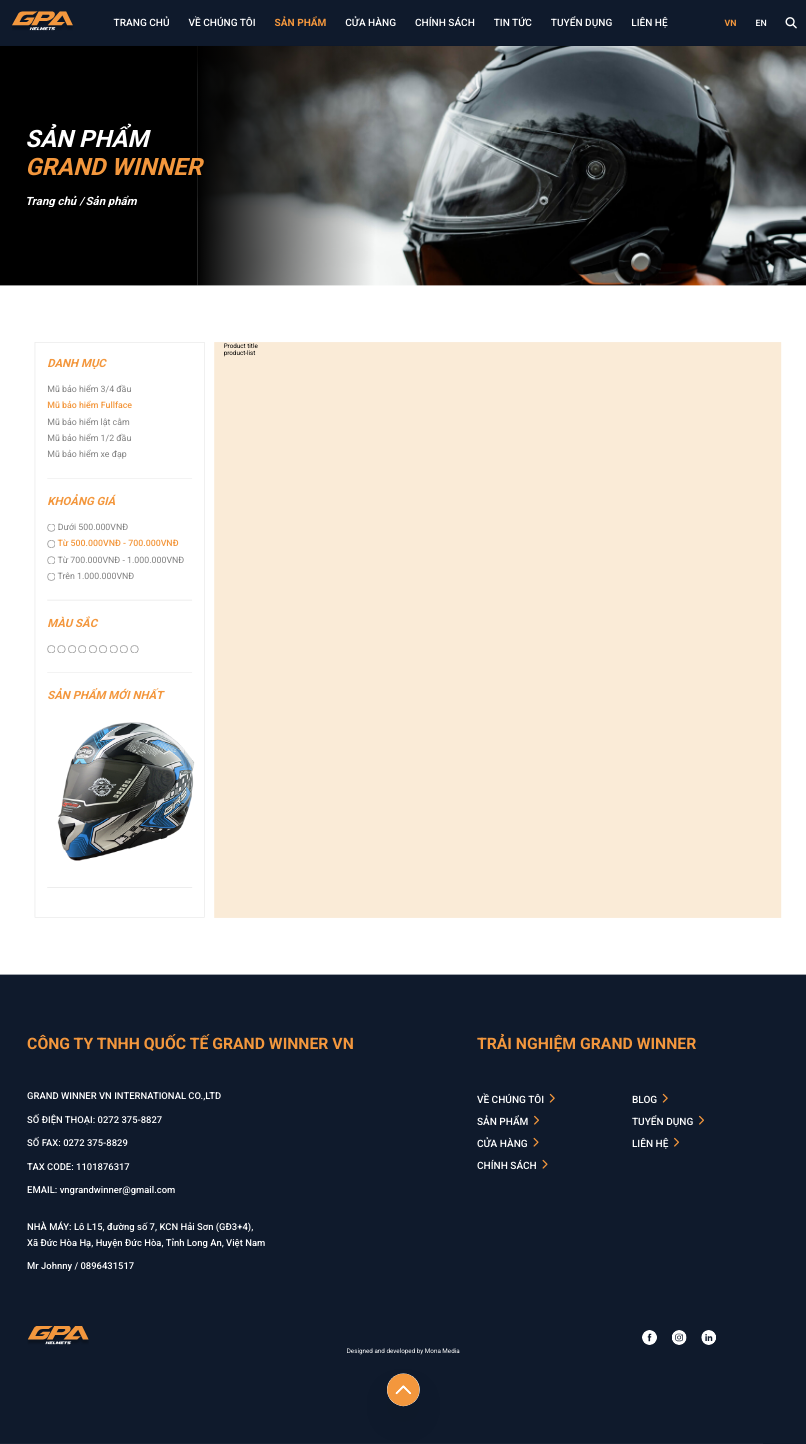
Repository: ThangNguyenT5/GrandWinner
Page: products.html
The author's editor kept a copy of each file at every save. The page is drawn from the files as they stood at one save, then again after the next save.
The browser window is 1280 px wide. The pictures show the whole page, at 63% of full size.
Pictures or frames that could not be fetched are drawn as grey boxes. Some web libraries are served in a nearby version.

Above is the page before, as saved 2023-03-28 11:53:30.

### products.html
<!DOCTYPE html>
<html lang="en">
<head>
    <meta charset="UTF-8">
    <meta http-equiv="X-UA-Compatible" content="IE=edge">
    <meta name="viewport" content="width=device-width, initial-scale=1.0">
    <title>Cửa Hàng - GRAND WINNER</title>
    <link rel="icon" href="./assets/images/GPA-logo-small.svg">
    <link rel="stylesheet" href="./assets/css/base.css">
    <link rel="stylesheet" href="./assets/css/styles.css">
    <link rel="stylesheet" href="./assets/css/grid.css">
    <link rel="stylesheet" href="./assets/css/responsive.css">
    <link rel="stylesheet" href="https://cdnjs.cloudflare.com/ajax/libs/font-awesome/6.3.0/css/all.min.css" integrity="sha512-SzlrxWUlpfuzQ+pcUCosxcglQRNAq/DZjVsC0lE40xsADsfeQoEypE+enwcOiGjk/bSuGGKHEyjSoQ1zVisanQ==" crossorigin="anonymous" referrerpolicy="no-referrer" />
    <link href="https://fonts.googleapis.com/css2?family=Roboto:wght@300;400;500;700;900&display=swap" rel="stylesheet">
    <link href="https://unpkg.com/aos@2.3.1/dist/aos.css" rel="stylesheet">
</head>
<body>
    <!-- HEADER -->
    <header class="hd">
        <div class="hd-ctn">
            <div class="hd-logo">
                <a href="#" class="custom-logo-link">
                    <img src="./assets/images/GPA-logo-small.svg" alt="GRAND WINNER" class="custom-logo">
                </a>
            </div>
            <div class="hd-menu hdMenu">
                <div class="hd-menu-close">
                    <!-- <i class="fa-solid fa-bars"></i> -->
                    <i class="fa-solid fa-xmark"></i>
                </div>
                <div class="menu">
                    <ul class="menu-list">
                        <li class="menu-item">
                            <a href="#" class="menu-item-link">Trang chủ</a>
                        </li>
                        <li class="menu-item">
                            <a href="#" class="menu-item-link">Về chúng tôi</a>
                        </li>
                        <li class="menu-item">
                            <a href="./products.html" class="menu-item-link current-menu-item">Sản phẩm</a>
                        </li>
                        <li class="menu-item">
                            <a href="./index.html" class="menu-item-link">Cửa hàng</a>
                        </li>
                        <li class="menu-item">
                            <a href="./policy.html" class="menu-item-link">Chính sách</a>
                        </li>
                        <li class="menu-item">
                            <a href="#" class="menu-item-link">Tin tức</a>
                        </li>
                        <li class="menu-item">
                            <a href="#" class="menu-item-link">Tuyển dụng</a>
                        </li>
                        <li class="menu-item">
                            <a href="#" class="menu-item-link">Liên hệ</a>
                        </li>
                    </ul>
                </div>
                <div class="hd-menu-social">
                    <ul class="hd-social-list">
                        <li class="hd-social-item">
                            <a href="#">
                                <img src="./assets/images/./icon/fixed-menu-icon-facebook.svg" alt="facebook-icon">
                            </a>
                        </li>
                        <li class="hd-social-item">
                            <a href="#">
                                <img src="./assets/images/icon/fixed-menu-icon-instagram.svg" alt="instagram-icon">
                            </a>
                        </li>
                        <li class="hd-social-item">
                            <a href="#">
                                <img src="./assets/images/icon/fixed-menu-icon-linkedin.svg" alt="linkedin-icon">
                            </a>
                        </li>
                        <li class="hd-social-item">
                            <a href="#">
                                <img src="./assets/images/icon/fixed-menu-icon-telephone.svg" alt="telephone-icon">
                            </a>
                        </li>
                    </ul>
                </div>
            </div>
            <!-- < 1200px -->
            <div class="bg-page"></div>

            <div class="hd-controls">
                <div class="hd-lang">
                <ul class="hd-lang-list">
                    <li class="hd-lang-item">
                        <a class="lang-item-link current-lang-item" href="#">vn</a>
                    </li>
                    <li class="hd-lang-item">
                        <a class="lang-item-link" href="#">en</a>
                    </li>
                </ul>
                </div>
                <div class="hd-search">
                    <i class="hd-search-icon fa-solid fa-magnifying-glass"></i>
                    <div class="hd-search-form">
                        <form>
                            <div class="form-ctn">
                                <input type="text" placeholder="Tìm Kiếm...">
                                <input type="submit" value="">
                            </div>
                        </form>
                    </div>
                </div>
                <div class="hd-bar">
                    <i class="fa-solid fa-bars"></i>
                </div>
            </div>
        </div>
    </header>

    <main>
        <div class="banner-page">
            <div class="banner-page-img">
                <img src="./assets/images/banner/banner-sanpham.jpg" alt="banner-cuahang">
            </div>
            <div class="banner-page-content">
                <div class="container">
                    <div class="content">
                        <div class="banner-page-tt" data-aos="fade-left">
                            <h2>
                                Sản phẩm
                                <br>
                                <span class="h1">GRAND WINNER</span>
                            </h2>
                        </div>
                            <div class="breadcrumb" data-aos="fade-right">
                            <ul class="breadcrumb-list">
                                <li class="breadcrumb-item">
                                    <a href="#">Trang chủ</a>
                                </li>
                                <li class="breadcrumb-item">
                                    <a href="#">Sản phẩm</a>
                                </li>
                            </ul>
                        </div>
                    </div>
                </div>
            </div>
        </div>
        <div class="products-page">
            <div class="container">
                <div class="dflex">
                    <div class="col col-3">
                        <div class="aside">
                            <div class="aside-item">
                                <h3 class="aside-item-tt">DANH MỤC</h3>
                                <ul class="aside-cate-list">
                                    <li class="aside-cate-item">
                                        <a href="#">Mũ bảo hiểm 3/4 đầu</a>
                                    </li>
                                    <li class="aside-cate-item active">
                                        <a href="#">Mũ bảo hiểm Fullface</a>
                                    </li>
                                    <li class="aside-cate-item">
                                        <a href="#">Mũ bảo hiểm lật cằm</a>
                                    </li>
                                    <li class="aside-cate-item">
                                        <a href="#">Mũ bảo hiểm 1/2 đầu</a>
                                    </li>
                                    <li class="aside-cate-item">
                                        <a href="#">Mũ bảo hiểm xe đạp</a>
                                    </li>
                                </ul>
                            </div>
                            <div class="aside-item">
                                <h3 class="aside-item-tt">KHOẢNG GIÁ</h3>
                                <ul class="aside-cate-list">
                                    <li class="aside-cate-item">
                                        <input type="radio" name="radio-price" value="price-1" >
                                        <label for="price-1">Dưới 500.000VNĐ</label>
                                    </li>
                                    <li class="aside-cate-item active">
                                        <input type="radio" name="radio-price" value="price-2" >
                                        <label for="price-2">Từ 500.000VNĐ - 700.000VNĐ</label>
                                    </li>
                                    <li class="aside-cate-item">
                                        <input type="radio" name="radio-price" value="price-3" >
                                        <label for="price-3">Từ 700.000VNĐ - 1.000.000VNĐ</label>
                                    </li>
                                    <li class="aside-cate-item">
                                        <input type="radio" name="radio-price" value="price-4" >
                                        <label for="price-4">Trên 1.000.000VNĐ</label>
                                    </li>
                                </ul>
                            </div>
                            <div class="aside-item">
                                <h3 class="aside-item-tt">MÀU SẮC</h3>
                                <ul class="aside-cate-list">
                                    <li class="aside-cate-item">
                                        <label for="color-1">
                                            <input type="radio" name="radio-color" value="color-1" >
                                            <input type="radio" name="radio-color" value="color-1" >
                                            <input type="radio" name="radio-color" value="color-1" >
                                            <input type="radio" name="radio-color" value="color-1" >
                                            <input type="radio" name="radio-color" value="color-1" >
                                            <input type="radio" name="radio-color" value="color-1" >
                                            <input type="radio" name="radio-color" value="color-1" >
                                            <input type="radio" name="radio-color" value="color-1" >
                                            <input type="radio" name="radio-color" value="color-1" >

                                        </label>
                                    </li>
                                </ul>
                            </div>
                            <div class="aside-item">
                                <h3 class="aside-item-tt">SẢN PHẨM MỚI NHẤT</h3>
                                <div class="aside-relate">
                                    <a href="#" class="aside-relate-item">
                                        <div class="relate-item-img">
                                            <img src="./assets/images/products/product-1.png" alt="">
                                        </div>
                                        <div class="relate-item-ctn">
                                            <p class="name"></p>
                                            <p class="desc"></p>
                                            <p class="price"></p>
                                        </div>
                                    </a>
                                </div>
                            </div>
                        </div>
                    </div>
                    <div class="product-table col col-9">
                        <div class="product-tt">
                            <p>Product title</p>
                        </div>
                        <div class="product-list">
                            <p>product-list</p>
                        </div>

                    </div>
                </div>
            </div>
        </div>
    </main>

    <!-- FOOTER -->
    <footer class="ft">
        <div class="container">
            <div class="ft-top">
                <div class="ft-ctn">
                    <div class="col col-7">
                        <div class="ft-tt">
                            CÔNG TY TNHH QUỐC TẾ GRAND WINNER VN
                        </div>
                        <div class="ft-desc">
                            <p>
                                <span class="ft-label">
                                    GRAND WINNER VN INTERNATIONAL CO.,LTD
                                </span>
                            </p>
                            <p>
                                <span class="ft-label">
                                    SỐ ĐIỆN THOẠI:
                                </span>
                                <span class="ft-dt">
                                    <a href="tel:0272375-8827">0272 375-8827</a>
                                </span>
                            </p>
                            <p>
                                <span class="ft-label">
                                    SỐ FAX:
                                </span>
                                <span class="ft-dt">
                                    0272 375-8829
                                </span>
                            </p>
                            <p>
                                <span class="ft-label">
                                    TAX CODE:
                                </span>
                                <span class="ft-dt">
                                    <a href="tel:1101876317" class="dt">1101876317</a>
                                </span>
                            </p>
                            <p>
                                <span class="ft-label">
                                    EMAIL:
                                </span>
                                <span class="ft-dt">
                                    <a href="mailto:vngrandwinner@gmail.com" class="dt">vngrandwinner@gmail.com</a>
                                </span>
                            </p>

                        </div>
                        <div class="ft-desc">
                            <p>
                                <span class="ft-label">NHÀ MÁY:</span>
                                <span class="ft-dt">
                                    Lô L15, đường số 7, KCN Hải Sơn (GĐ3+4), Xã Đức Hòa Hạ, Huyện Đức Hòa, Tỉnh Long An, Việt Nam
                                </span>
                            </p>
                            <p>
                                <span class="ft-label"></span>
                                <span class="ft-dt">
                                    Mr Johnny /
                                    <a href="tel:0896431517">0896431517</a>
                                </span>
                            </p>
                        </div>
                    </div>
                    <div class="col col-5">
                        <div class="ft-tt">TRẢI NGHIỆM GRAND WINNER</div>
                        <div class="ft-menu">
                            <ul class="ft-menu-list">
                                <li class="ft-menu-item">
                                    <a href="#">
                                        VỀ CHÚNG TÔI
                                        <i class="fa-solid fa-chevron-right"></i>
                                    </a>
                                </li>
                                <li class="ft-menu-item">
                                    <a href="#">
                                        BLOG
                                        <i class="fa-solid fa-chevron-right"></i>
                                    </a>
                                </li>
                                <li class="ft-menu-item">
                                    <a href="./products.html">
                                        SẢN PHẨM
                                        <i class="fa-solid fa-chevron-right"></i>
                                    </a>
                                </li>
                                <li class="ft-menu-item">
                                    <a href="#">
                                        TUYỂN DỤNG
                                        <i class="fa-solid fa-chevron-right"></i>
                                    </a>
                                </li>
                                <li class="ft-menu-item">
                                    <a href="./index.html">
                                        CỬA HÀNG
                                        <i class="fa-solid fa-chevron-right"></i>
                                    </a>
                                </li>
                                <li class="ft-menu-item">
                                    <a href="#">
                                        LIÊN HỆ
                                        <i class="fa-solid fa-chevron-right"></i>
                                    </a>
                                </li>
                                <li class="ft-menu-item">
                                    <a href="./policy.html">
                                        CHÍNH SÁCH
                                        <i class="fa-solid fa-chevron-right"></i>
                                    </a>
                                </li>
                            </ul>
                        </div>
                        <div class="ft-map">
                            <iframe src="https://www.google.com/maps/embed?pb=!1m18!1m12!1m3!1d3919.2654292862435!2d106.65393045080707!3d10.790971361837054!2m3!1f0!2f0!3f0!3m2!1i1024!2i768!4f13.1!3m3!1m2!1s0x31752ec9c9b7e9cd%3A0x6f4a03550865d9ac!2sThe%20Mona%20Building!5e0!3m2!1svi!2s!4v1679826724121!5m2!1svi!2s" width="600" height="450" style="border:0;" allowfullscreen="" loading="lazy" referrerpolicy="no-referrer-when-downgrade"></iframe>
                        </div>
                    </div>
                </div>
            </div>
            <div class="ft-bottom">
                <div class="ft-social">
                    <div class="ft-logo">
                        <a href="#" class="custom-logo-link">
                            <img src="./assets/images/GPA-logo-small.svg" alt="GRAND WINNER">
                        </a>
                    </div>
                    <ul class="ft-social-list">
                        <li class="ft-social-item">
                            <a href="#">
                                <img src="./assets/images/icon/ft-facebook.svg" alt="facebook-icon">
                                <img src="./assets/images/icon/ft-facebook.svg" alt="facebook-icon">
                            </a>
                        </li>
                        <li class="ft-social-item">
                            <a href="#">
                                <img src="./assets/images/icon/ft-instagram.svg" alt="instagram-icon">
                                <img src="./assets/images/icon/ft-instagram.svg" alt="instagram-icon">
                            </a>
                        </li>
                        <li class="ft-social-item">
                            <a href="#">
                                <img src="./assets/images/icon/ft-linkedin.svg" alt="linkedin-icon">
                                <img src="./assets/images/icon/ft-linkedin.svg" alt="linkedin-icon">
                            </a>
                        </li>
                    </ul>
                </div>
            </div>
        </div>
        <div class="ft-by">
            <p>Designed and developed by Mona Media</p>
            <div class="move-top">
                <a href="#">
                    <img src="./assets/images/icon/move-top.svg" alt="">
                    <img src="./assets/images/icon/move-top.svg" alt="">
                </a>
            </div>
        </div>
    </footer>

    <!-- MENU-SOCIAL-FIXED -->
    <div class="menu-social-fixed">
        <ul class="menu-social-list">
            <li class="menu-social-item">
                <a href="#">
                    <img src="./assets/images/icon/fixed-menu-icon-facebook.svg" alt="facebook-icon">
                    <img src="./assets/images/icon/fixed-menu-icon-facebook.svg" alt="facebook-icon">
                </a>
            </li>
            <li class="menu-social-item">
                <a href="#">
                    <img src="./assets/images/icon/fixed-menu-icon-instagram.svg" alt="instagram-icon">
                    <img src="./assets/images/icon/fixed-menu-icon-instagram.svg" alt="instagram-icon">
                </a>
            </li>
            <li class="menu-social-item">
                <a href="#">
                    <img src="./assets/images/icon/fixed-menu-icon-linkedin.svg" alt="linkedin-icon">
                    <img src="./assets/images/icon/fixed-menu-icon-linkedin.svg" alt="linkedin-icon">
                </a>
            </li>
            <li class="menu-social-item">
                <a href="#">
                    <img src="./assets/images/icon/fixed-menu-icon-telephone.svg" alt="telephone-icon">
                    <img src="./assets/images/icon/fixed-menu-icon-telephone.svg" alt="telephone-icon">
                </a>
            </li>
        </ul>
    </div>
    <script src="https://unpkg.com/aos@2.3.1/dist/aos.js"></script>
    <script src="./index.js"></script>
</body>
</html>

Loaded but not shown: index.js (59 lines, source omitted); assets/css/styles.css (820 lines, source omitted); assets/css/responsive.css (300 lines, source omitted); assets/css/grid.css (186 lines, source omitted); assets/css/base.css (44 lines, source omitted)

After the next save:
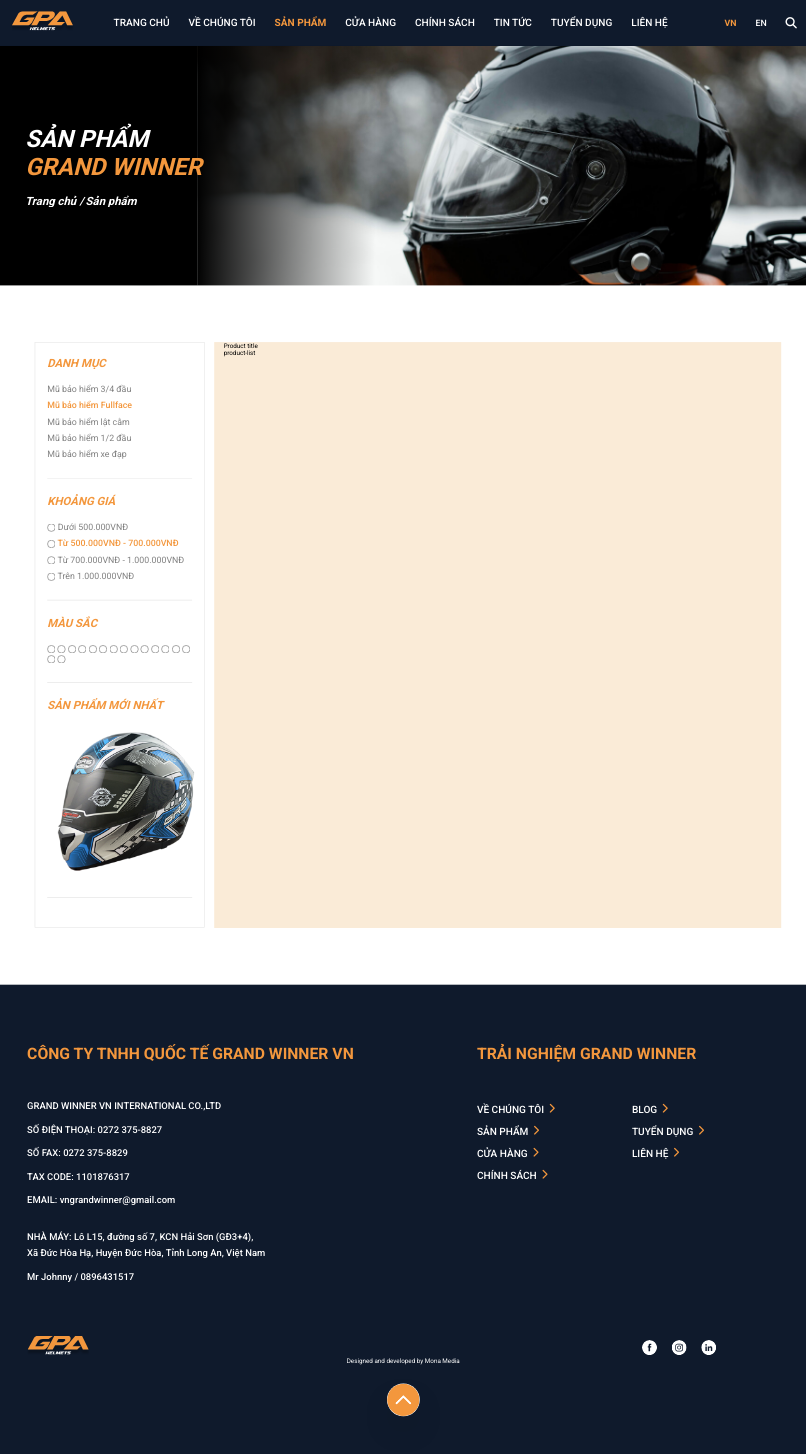
Saved 66 s later.
--- a/products.html
+++ b/products.html
@@ -201,8 +201,15 @@
                                             <input type="radio" name="radio-color" value="color-1" >
                                             <input type="radio" name="radio-color" value="color-1" >
                                             <input type="radio" name="radio-color" value="color-1" >
-                                            <input type="radio" name="radio-color" value="color-1" >
-
+                                            <!-- 2 -->
+                                            <input type="radio" name="radio-color" value="color-1" >
+                                            <input type="radio" name="radio-color" value="color-1" >
+                                            <input type="radio" name="radio-color" value="color-1" >
+                                            <input type="radio" name="radio-color" value="color-1" >
+                                            <input type="radio" name="radio-color" value="color-1" >
+                                            <input type="radio" name="radio-color" value="color-1" >
+                                            <input type="radio" name="radio-color" value="color-1" >
+                                            <input type="radio" name="radio-color" value="color-1" >
                                         </label>
                                     </li>
                                 </ul>
